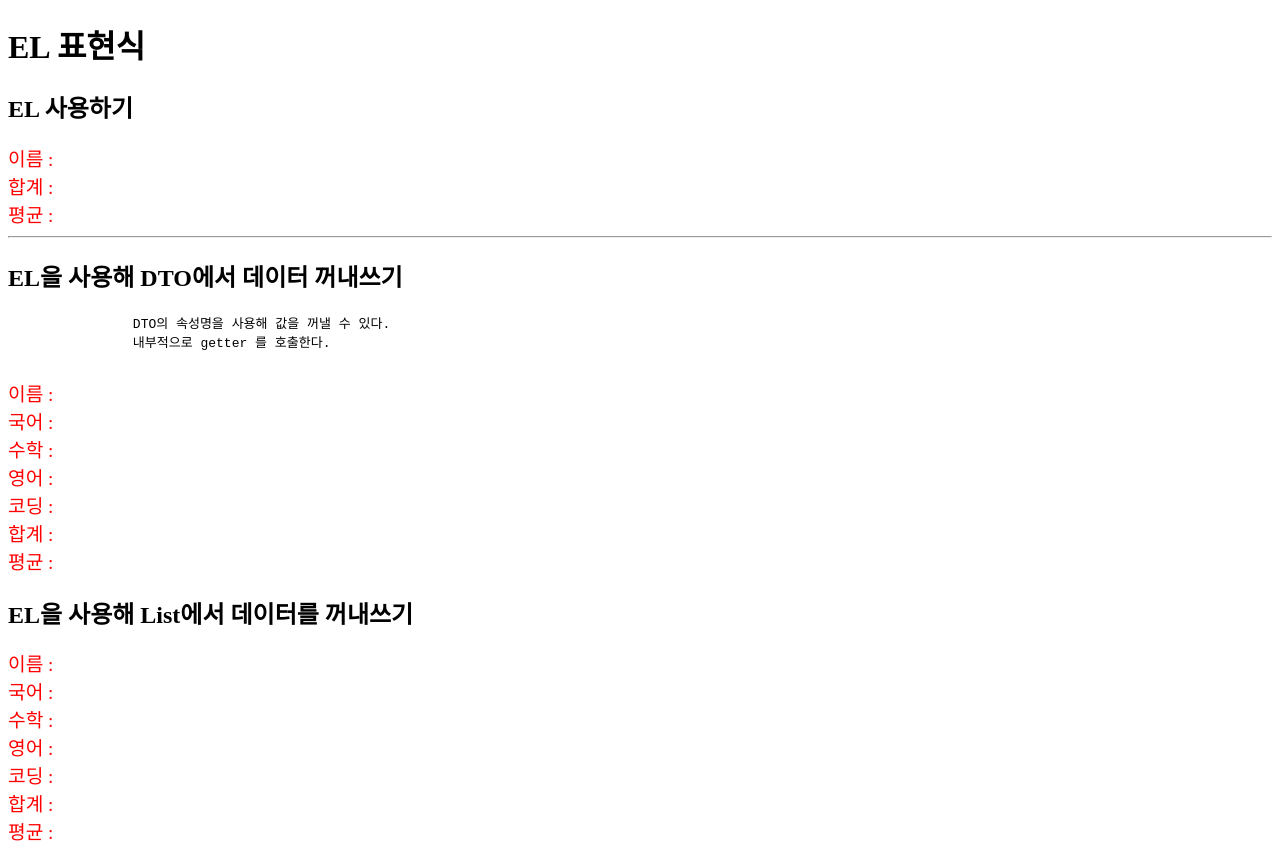
Repository: vaynel/StudyFile
Page: http://localhost/spring04_jsp/WEB-INF/views/el-jstl/el.jsp
The author's editor kept a copy of each file at every save. The page is drawn from the files as they stood at one save, then again after the next save.
The browser window is 1280 px wide. The pictures show the whole page.
The page is served by Tomcat 9. Nobody is signed in. Other server files are loaded and not shown. The template is opened directly, without the code that normally fills it, so the values that code supplies are empty.

Above is the page before, as saved 2023-01-20 00:30:22.

### H_spring/spring04_jsp/WebContent/WEB-INF/views/el-jstl/el.jsp
<%@ page language="java" contentType="text/html; charset=UTF-8"
    pageEncoding="UTF-8"%>
<!DOCTYPE html>
<html>
<head>
<meta charset="UTF-8">
<title>Insert title here</title>
<style type="text/css">
	span{
		display: block;
		font-size:1.5vw;
		color:red;
	}
</style>
</head>
<body>
	<h1>EL 표현식</h1>
	<%--
		el표기법 : 자바 bean 객체의 속성을 편하게 사용하기 위해 제공되는 표현식

		${} : 객체 프로퍼티에서 값을 꺼낼 때 사용.
		#{} : 객체 프로퍼티에 값을 넣을 때 사용.


		el표현식에서 제공되는 reference

		requestScope : request 객체의 attribute에 저장된 값에 접근
		sessionScope : session 객체의 attribute에 저장된 값에 접근
		applicationScope : servletContext 객체의 attribute에 저장된 값에 접근
		param 		: request의 요청파라미터에 접근
		paramValues : 같은 이름의 요청파라미터에 값이 여러개 있을 경우 배열로 요청파라미터값을 받아올 수 있다.
		cookie		: request의 Cookie에 접근

		만약 requestScope, sessionScope, applicationScope를 지정하여 스코프를 명시하지 않을 경우
		page 스코프부터 속성값을 탐색한다.

	 --%>

	 <h2>EL 사용하기</h2>
	 <span>이름 : ${user}</span>
	 <span>합계 : ${sum}</span>
	 <span>평균 : ${avg}</span>

	<hr>

	<h2>EL을 사용해 DTO에서 데이터 꺼내쓰기</h2>
	<pre>
		DTO의 속성명을 사용해 값을 꺼낼 수 있다.
		내부적으로 getter 를 호출한다.
	</pre>
	<span>이름 : ${std.name}</span>
	<span>국어 : ${std.kor}</span>
	<span>수학 : ${std.math}</span>
	<span>영어 : ${std.eng}</span>
	<span>코딩 : ${std.coding}</span>
	<span>합계 : ${std.sum}</span>
	<span>평균 : ${std.avg}</span>


	<h2>EL을 사용해 List에서 데이터를 꺼내쓰기</h2>
	<span>이름 : ${students[0].name}</span>
	<span>국어 : ${students[0].kor}</span>
	<span>수학 : ${students[0].math}</span>
	<span>영어 : ${students[0].eng}</span>
	<span>코딩 : ${students[0].coding}</span>
	<span>합계 : ${students[0].sum}</span>
	<span>평균 : ${students[0].avg}</span>













</body>
</html>

After the next save:
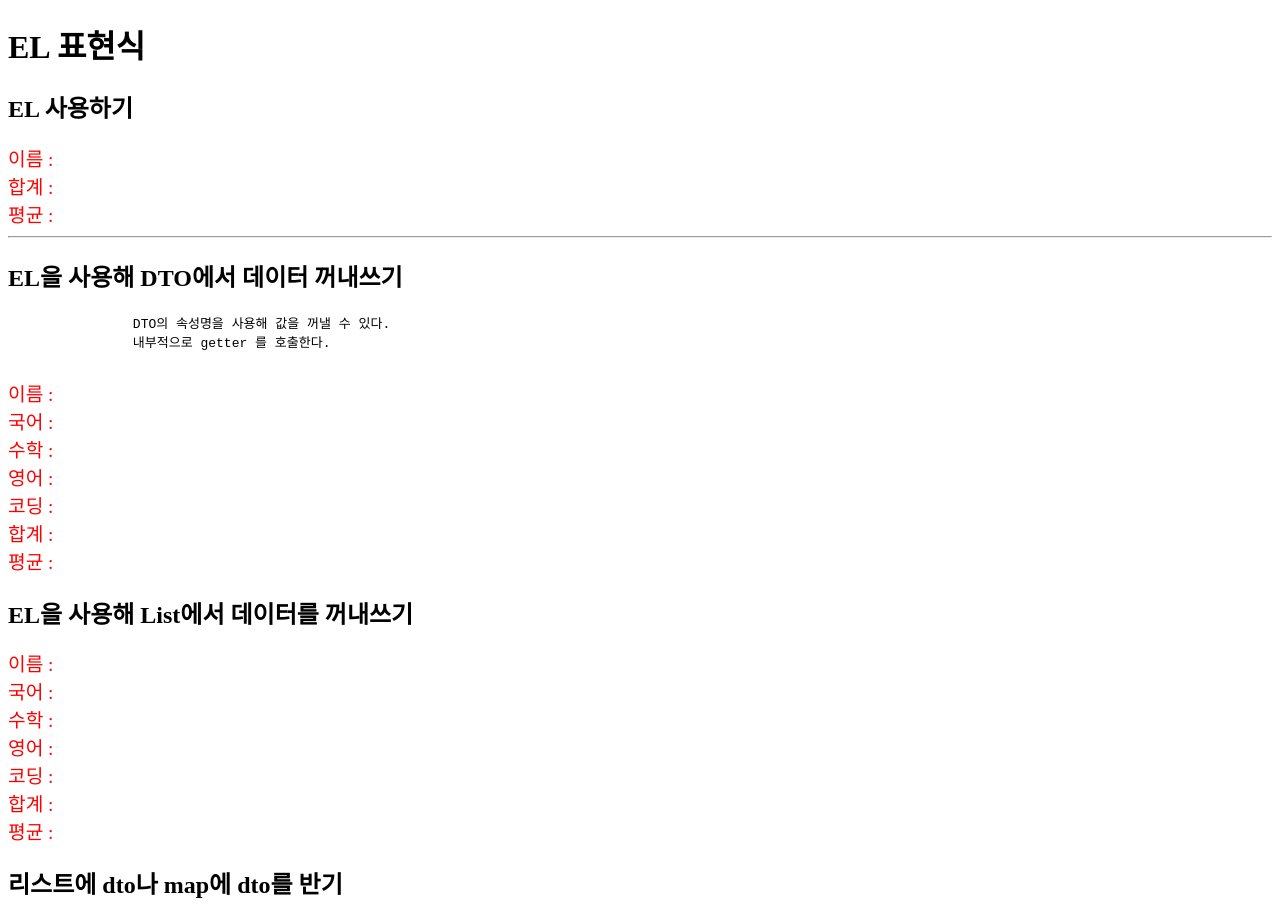
Saved 2 min 36 s later.
--- a/H_spring/spring04_jsp/WebContent/WEB-INF/views/el-jstl/el.jsp
+++ b/H_spring/spring04_jsp/WebContent/WEB-INF/views/el-jstl/el.jsp
@@ -66,6 +66,8 @@
 	<span>합계 : ${students[0].sum}</span>
 	<span>평균 : ${students[0].avg}</span>
 
+	<h2>리스트에 dto나 map에 dto를 반기</h2>
+
 
 
 
